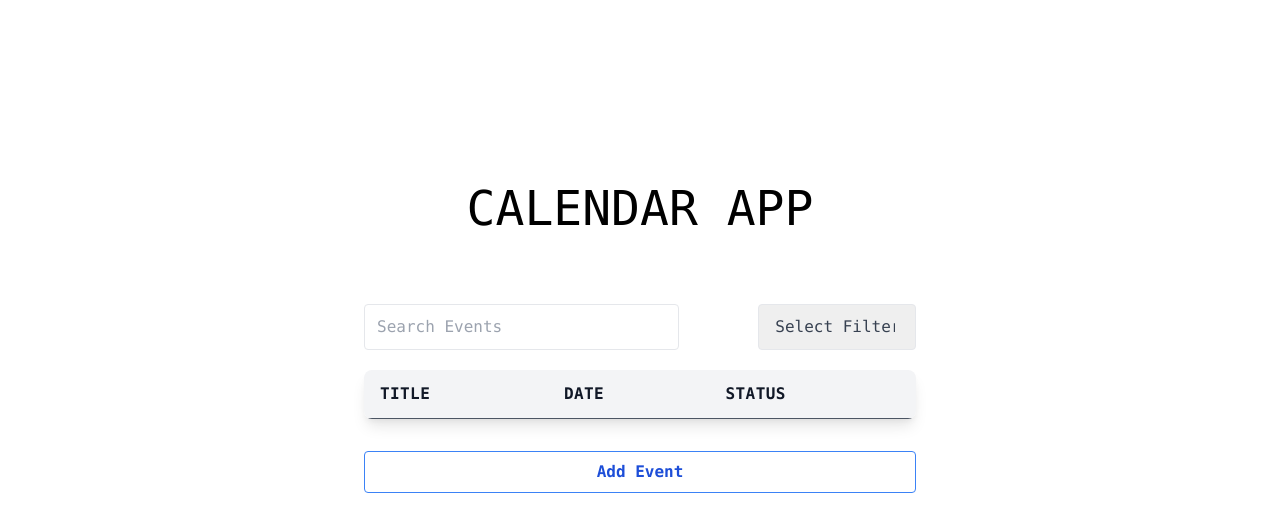
Repository: maikeru-desu/parking-lot
Page: / (app in parking-lot-fe/)
An editor plug-in stored every save of this project. The page is shown before and after the next save, followed by the edit.
The browser window is 1280 px wide. The pictures show the whole page.
The page's requests for data from a server got no answer. The project was rebuilt for these pictures with package versions that can differ from the ones it lists, and the page was loaded fresh each time. No one was signed in, and anything a server would have sent is missing. Also part of the build but not shown: parking-lot-fe/craco.config.js, parking-lot-fe/src/pages/Add.js, parking-lot-fe/src/pages/Edit.js.

Above is the page before, as saved 2021-10-14 09:34:24.

After the next save:
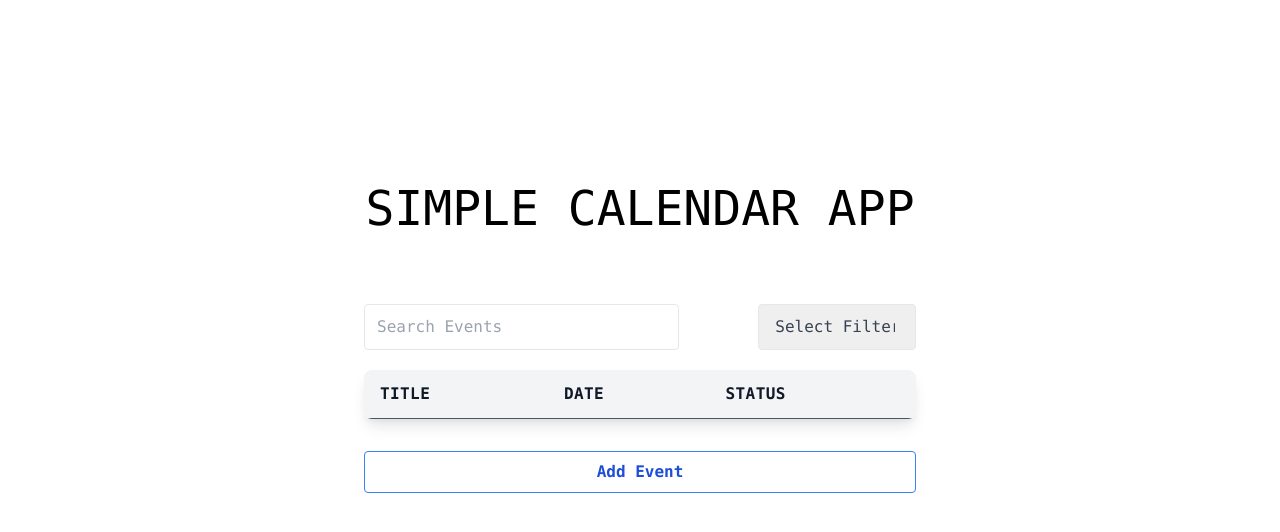
Saved 15 s later.
--- a/parking-lot-fe/src/App.js
+++ b/parking-lot-fe/src/App.js
@@ -8,7 +8,7 @@ import Edit from './pages/Edit';
 function App() {
   return (
     <div className="App font-mono">
-          <h1 class="mb-12 text-5xl">CALENDAR APP</h1>
+          <h1 class="mb-12 text-5xl">SIMPLE CALENDAR APP</h1>
         <Switch>
             <Route exact path="/" component={Home} />
             <Route exact path="/add" component={Add} />
